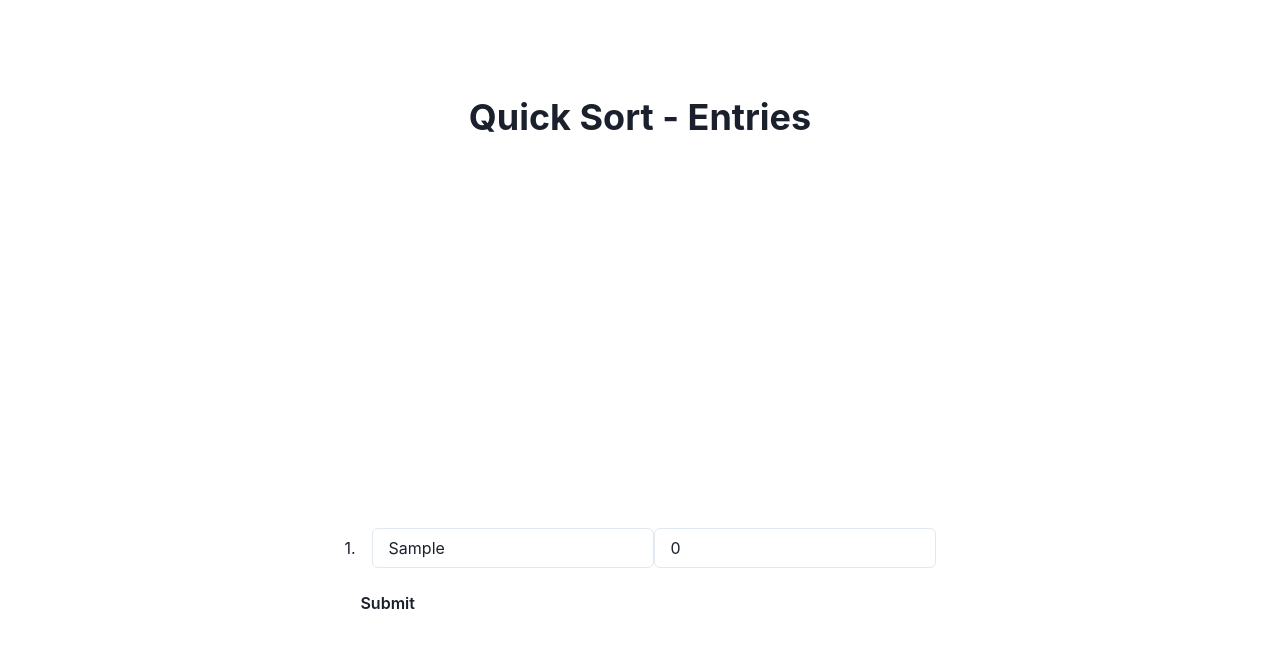
Repository: rohit-jindal18/stock-trailer
Page: /home
An editor plug-in stored every save of this project. The page is shown before and after the next save, followed by the edit.
The browser window is 1280 px wide. The pictures show the whole page.
The project was rebuilt for these pictures with package versions that can differ from the ones it lists, and the page was loaded fresh each time. The framework's server and built-in components were replaced by stand-ins that run in the browser. Also part of the build but not shown: next.config.js.

Above is the page before, as saved 2023-03-14 15:00:35.

After the next save:
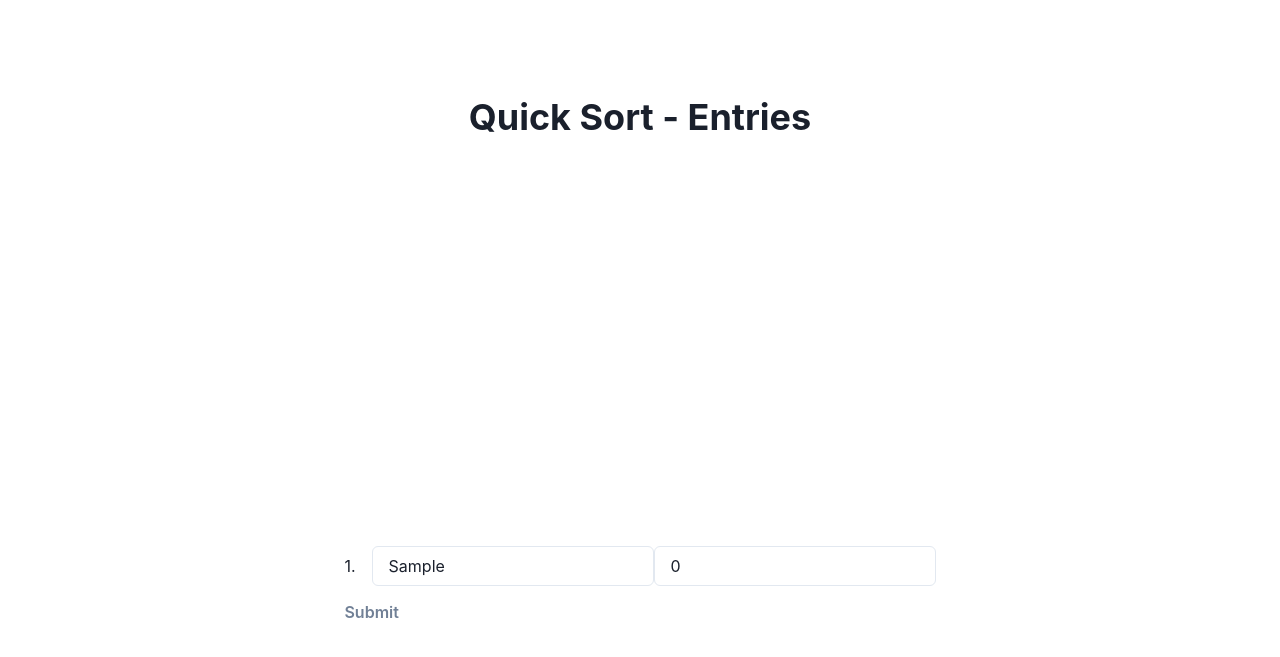
Saved 5 s later.
--- a/src/pages/home.tsx
+++ b/src/pages/home.tsx
@@ -48,7 +48,7 @@ export default function Authorize() {
               );
             })
           }
-          <Button variant={'ghost'} mt={'16px'}>Submit</Button>
+          <Button variant={'link'} mt={'16px'}>Submit</Button>
         </Box>
       </main>
     </>
